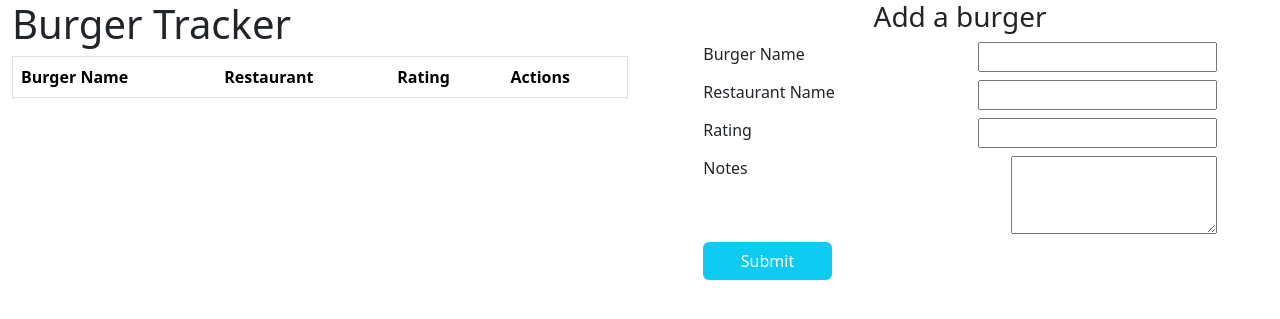
Repository: Hokusai12/Java_Dojo
Page: http://localhost/burgertracker/WEB-INF/index.jsp
The author's editor kept a copy of each file at every save. The page is drawn from the files as they stood at one save, then again after the next save.
The browser window is 1280 px wide. The pictures show the whole page.
The page is served by Tomcat 9. Nobody is signed in. The template is opened directly, without the code that normally fills it, so the values that code supplies are empty.

Above is the page before, as saved 2023-03-05 20:43:16.

After the next save:
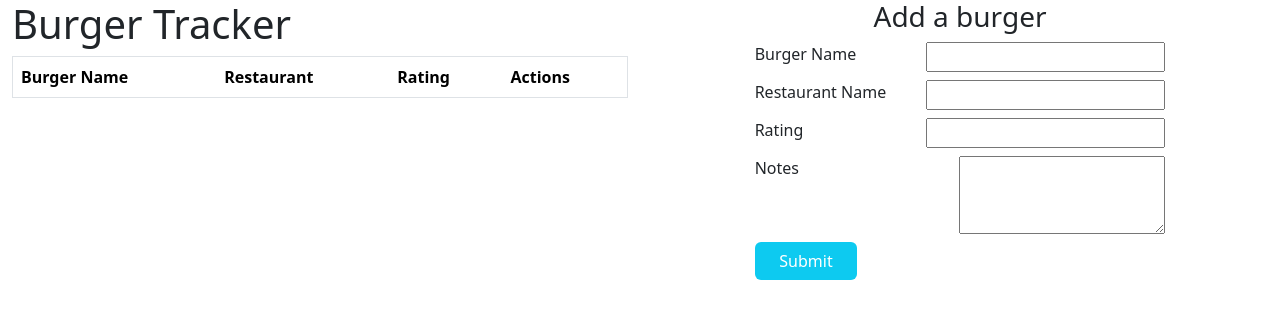
Saved 6 s later.
--- a/Spring/MVC/burgertracker/src/main/webapp/WEB-INF/index.jsp
+++ b/Spring/MVC/burgertracker/src/main/webapp/WEB-INF/index.jsp
@@ -41,7 +41,7 @@
 		</div>
 		<div class="container d-flex flex-column align-items-center">
 			<h3>Add a burger</h3>
-			<form:form class="d-flex flex-column gap-2 col-10" action="/"
+			<form:form class="d-flex flex-column gap-2 col-8" action="/"
 				method="POST" modelAttribute="burger">
 				<div class="d-flex justify-content-between">
 					<form:label path="name">Burger Name</form:label>
